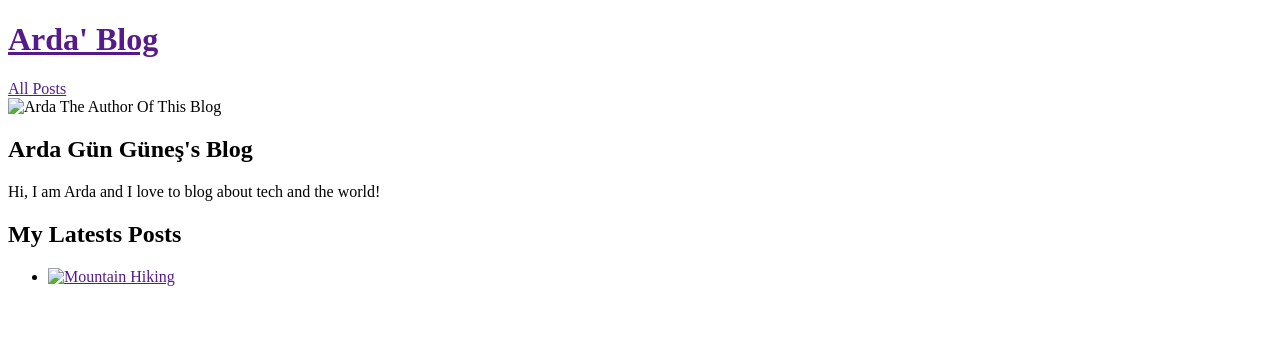
Repository: ardagungunes/my-blog
Page: http://localhost/
An editor plug-in stored every save of this project. The page is shown before and after the next save, followed by the edit.
The browser window is 1280 px wide. The pictures show the whole page.
The page is served by the project's application, run on Django 5.2 (manage.py).

Above is the page before, as saved 2024-07-25 18:01:14.

After the next save:
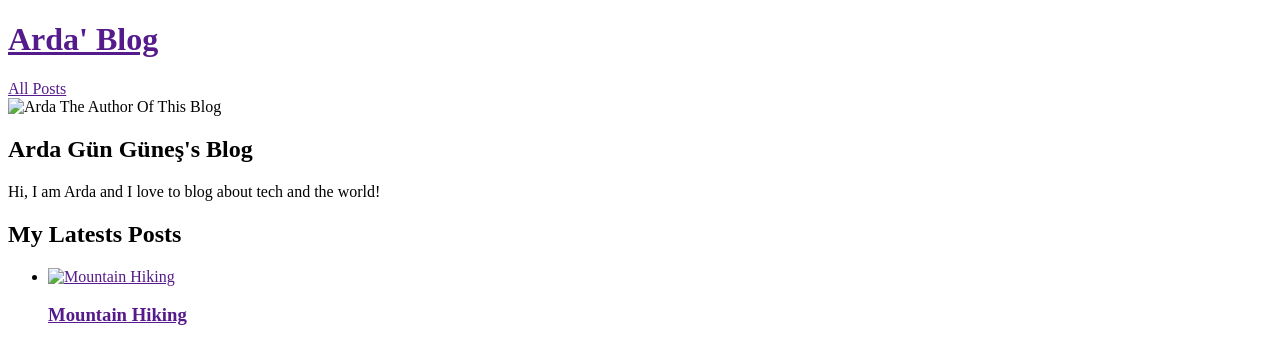
Saved 5 s later.
--- a/blog/templates/blog/index.html
+++ b/blog/templates/blog/index.html
@@ -32,7 +32,7 @@ My Blog
                 <a href="">
                     <img src="" alt="Mountain Hiking"/>
                     <div class="post__content">
-                        <h3></h3>
+                        <h3> Mountain Hiking</h3>
                     </div>
                 </a>
             </article>
